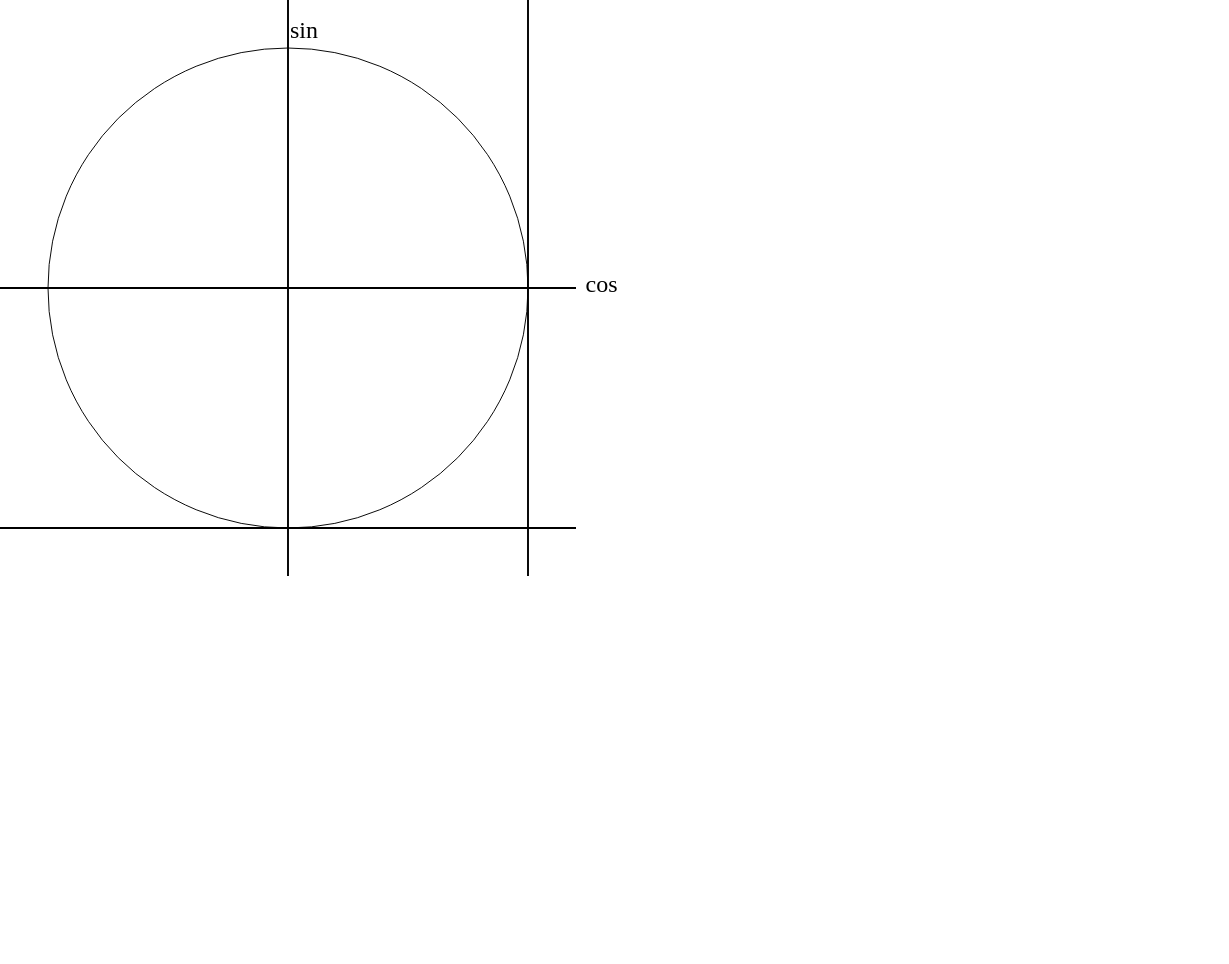
Repository: BraynStorm/braynstorm.github.io
Page: http://localhost/
An editor plug-in stored every save of this project. The page is shown before and after the next save, followed by the edit.
The browser window is 1280 px wide. The pictures show the whole page, at 96% of full size.
The page is run by PHP 8.4 with error messages shown; the project is at /var/www/html/.

Above is the page before, as saved 2015-02-23 17:47:59.

### JSDrawing/index.php
<!DOCTYPE html>
<html>
	<head>
		<meta charset="UTF-8">
		<title>Insert title here</title>
		<link rel="stylesheet" type="text/css" href="main.css"/>
		<script type="text/javascript" src="js/jquery-2.1.3.min.js"></script>
		<script type="text/javascript" src="js/swgDrawing.js"></script>

	</head>
	<body>
		<div id="content">
		<svg width="1000" height="1000">
			<circle id="mainCircle" cx="300" cy="300" r="250" fill="none" stroke="black" />
			<line x1="300" y1="0" x2="300" y2="600" style="stroke:rgb(0,0,0);stroke-width:2;" id="cosLine" />
			<line x1="0" y1="300" x2="600" y2="300" style="stroke:rgb(0,0,0);stroke-width:2;" id="sinLine" />

			<line x1="550" y1="0" x2="550" y2="600" style="stroke:rgb(0,0,0);stroke-width:2;" id="tgLine" />
			<line x1="0" y1="550" x2="600" y2="550" style="stroke:rgb(0,0,0);stroke-width:2;" id="cotgLine" />

			<text x="610" y="304" style="font-size:25px;">cos</text>
			<text x="302" y="40" style="font-size:25px;">sin</text>
		</svg>
		</div>
	</body>
</html>

### JSDrawing/main.css
@CHARSET "UTF-8";

body{
	background-color: #;
	padding: 0;
	margin: 0;
}

svg{
	margin-top: 0px;
}

Loaded but not shown: JSDrawing/js/jquery-2.1.3.min.js (library); JSDrawing/js/swgDrawing.js (no copy from this time; the picture is the same without it)

After the next save:
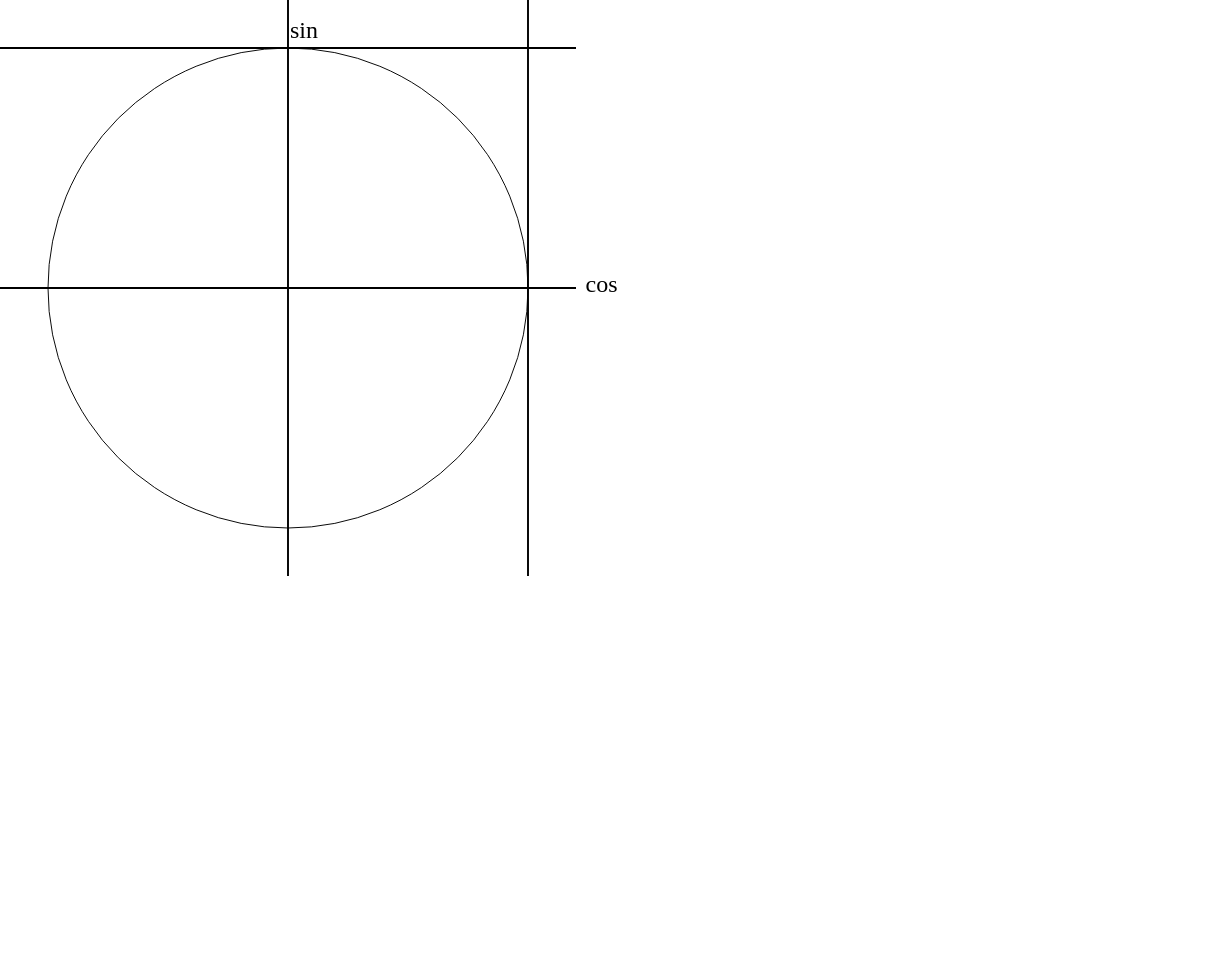
Saved 9 s later.
--- a/JSDrawing/index.php
+++ b/JSDrawing/index.php
@@ -16,7 +16,7 @@
 			<line x1="0" y1="300" x2="600" y2="300" style="stroke:rgb(0,0,0);stroke-width:2;" id="sinLine" />
 
 			<line x1="550" y1="0" x2="550" y2="600" style="stroke:rgb(0,0,0);stroke-width:2;" id="tgLine" />
-			<line x1="0" y1="550" x2="600" y2="550" style="stroke:rgb(0,0,0);stroke-width:2;" id="cotgLine" />
+			<line x1="0" y1="50" x2="600" y2="50" style="stroke:rgb(0,0,0);stroke-width:2;" id="cotgLine" />
 
 			<text x="610" y="304" style="font-size:25px;">cos</text>
 			<text x="302" y="40" style="font-size:25px;">sin</text>
